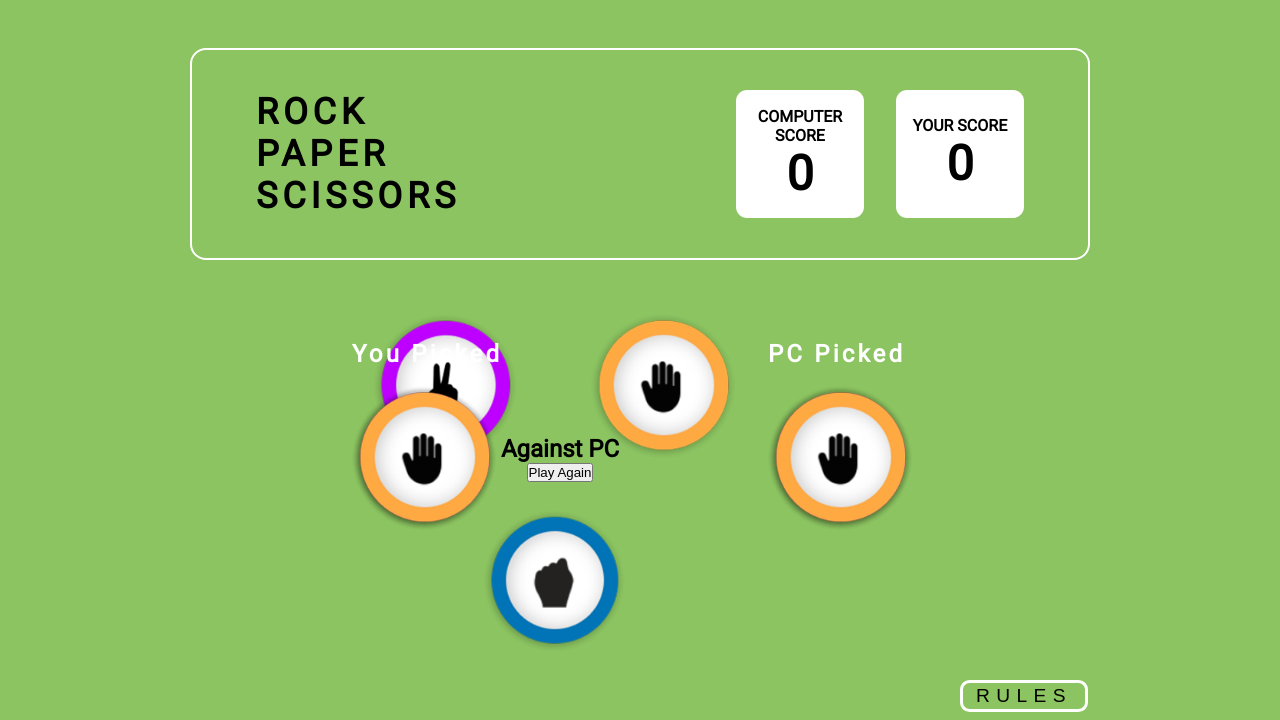
Repository: drumsmanku/Major-module-project-1
Page: index.html
An editor plug-in stored every save of this project. The page is shown before and after the next save, followed by the edit.
The browser window is 1280 px wide. The pictures show the whole page.

Above is the page before, as saved 2023-04-30 11:07:30.

### index.html
<!DOCTYPE html>
<html lang="en">
<head>
  <meta charset="UTF-8">
  <meta http-equiv="X-UA-Compatible" content="IE=edge">
  <meta name="viewport" content="width=device-width, initial-scale=1.0">
  <link rel="stylesheet" href="styles.css">
  <title>Module Project 1 </title>
</head>
<body>
  <div class="main-container">
    <div class="first-container">
      <div class="text">
        <h1>ROCK PAPER SCISSORS</h1>
      </div>
      <div class="two-boxes">
        <div class="computer-score">
          <h4>COMPUTER SCORE</h4>
          <h1>0</h1>
        </div>
        <div class="your-score">
          <h4>YOUR SCORE</h4>
          <h1>0</h1>
        </div>
      </div>

    </div>

    <div class="second-main-container">
      <div class="second-main-main-first-container ">
        <div class="second-first-main-container">
          <div class="two-buttons">
            <button class="btn-2"><img src="2.png" alt=""></button>
            <button class="btn-3"><img src="3.png" alt=""></button>
          </div>
          <button class="btn-1"> <img src="1.png" alt=""></button>
        </div>
        <div class="second-second-main-container">
          <div class="img-container">
            <img id="rules-img" src="4.png" alt="">
            <button id="my-btn">
              <p>X</p><img src="x.png" alt="">
            </button>
          </div>
        </div>

      </div>
       <div class="second-main-main-second-conainer">
        <div class="cont">
          <div class="images-div">
            <p>You Picked</p>
            <img src="1.png" alt="">
            <img src="2.png" alt="">
            <img src="3.png" alt="">
          </div>
          <div class="who-won">
            <p class="won"></p>
            <p class="against">Against PC</p>
            <button class="play-again">Play Again</button>
          </div>
          <div class="images-div-for-pc">
            <p>PC Picked</p>
            <img src="1.png" alt="">
            <img src="2.png" alt="">
            <img src="3.png" alt="">
          </div>
        </div>


       </div>
    </div>
    <div class="bottom-btn"><button id="rule-btn">RULES</button></div>

  </div>

  <script src="script.js"></script>
</body>
</html>

### styles.css
@import url('https://fonts.googleapis.com/css2?family=Roboto&display=swap');

*{
  padding: 0;
  margin: 0;
}

body{
  background-color: #8CC461;
}
.main-container{
  display: flex;
  flex-direction: column;
  align-items: center;
}
.first-container{
  height: 5rem;
  width: 60vw;
  border: 2px solid white;
  background: none;
  border-radius: 1rem;
  padding: 4rem;
  display: flex;
  flex-direction: row;
  align-items: center;
  justify-content: space-between;
  margin-top: 3rem;
}
.text{
  height: inherit;
  width: 20%;
  display: flex;
  flex-wrap: wrap;
  flex-direction: column;
  font-family: 'Roboto';
  letter-spacing: 0.3rem;
  font-size: large;
  justify-content: center;
  align-items: center;
}

.computer-score{
  display: flex;
  flex-direction: column;
  height: 8rem;
  width: 8rem;
  flex-wrap: wrap;
  font-family: 'Roboto';
  justify-content: center;
  align-items: center;
  background-color: white;
  text-align: center;
  border-radius: 0.7rem;
}
.computer-score>h1{
  font-weight: 800;
  font-size: 3rem;
}
.your-score{
  display: flex;
  flex-direction: column;
  height: 8rem;
  width: 8rem;
  flex-wrap: wrap;
  font-family: 'Roboto';
  justify-content: center;
  align-items: center;
  background-color: white;
  text-align: center;
  border-radius: 0.7rem;
  margin-left: 2rem;
}
.your-score>h1{
  font-weight: 800;
  font-size: 3rem;
}
.two-boxes{
  display: flex;
  flex-direction: row;
  justify-content: space-between;
}
.second-main-container{
  position: relative;
  width: 100vw;
}
.second-main-main-first-container{
  display: flex;
  flex-direction: row;
  justify-content: flex-end;
  width: 100vw;

}
.hide{
  display: none;
}
.second-first-main-container{
  display: flex;
  flex-direction: column;
  justify-content: flex-end;
  align-items: center;
  height: 55vh;
  width: 40vw;
}
.two-buttons{
  width: inherit;
  display: flex;
  flex-direction: row;
  justify-content: space-evenly;
  margin-bottom: 3rem;
}
.btn-1{
  background: none;
  border:none;
  cursor: pointer;
}
.btn-2{
  background: none;
  border:none;
  cursor: pointer;
}
.btn-3{
  background: none;
  border:none;
  cursor: pointer;
}
.second-first-main-container img{
  width: 9rem;
}

.second-second-main-container{
  display: flex;
  align-items: flex-end;
  margin-right: 12rem;
}
.second-second-main-container .img-container button{
  background: none;
  border: none;
  cursor: pointer;
  z-index: 999;
  position: absolute;
  top: -10%;
  left: 90%;
  bottom: 21rem;
  text-align: center;
  font-size:3.2rem;
  font-weight: bolder;
}
.second-second-main-container .img-container button>p{
  position: absolute;
  margin-left: 0.9rem;

  color: aliceblue;
  font-family: 'Roboto';
}
.img-container{
  position: relative;
  display: inline-block;
}
#rules-img, #my-btn{
  transform: scale(0);
}
#rules-img.appear{
  animation: open 0.4s ease-in-out forwards;
  transform-origin: top right;
}
#my-btn.appear{
  animation: open 0.1s ease-in-out 0.3s forwards;

}
#rules-img.disappear{
  animation: close 0.4s ease-in-out forwards;
  transform-origin: top right;
}
#my-btn.disappear{
  animation:close 0.1s ease-in-out 0.3s forwards;
}
@keyframes open{
  from{
    transform: scale(0);
  }
  to{
    transform: scale(1);
  }
}
@keyframes close{
  from{
    transform: scale(1);
  }
  to{
    transform: scale(0);
  }
}

#rule-btn{
  background: none;
  border: 3px solid white;
  border-radius: 0.6rem;
  height: 2rem;
  width: 8rem;
  font-size:1.2rem;
  letter-spacing: 0.4rem;
  cursor: pointer;
}
.bottom-btn{
  width: 100vw;
  display: flex;
  justify-content: flex-end;
  margin-top: 1.5rem;

}
.bottom-btn button{
  margin-right: 12rem;
}

.images-div{
  position: relative;
  display: flex;
  justify-content: center;
  align-items: center;
  height: 55vh;
  flex-direction: column;
  /* width: 100vw; */
}
.images-div img{
  position: absolute;
  left: 30%;
  width: 9rem;

}
.images-div p{
  position: absolute;
  left: 30%;
  top: 5rem;
  letter-spacing: 0.2rem;
  color: white;
  font-size: x-large;
  font-weight: bold;
  font-family: 'Roboto';
  width: 10rem;
}
.images-div-for-pc{
  position: relative;
  display: flex;
  justify-content: center;
  align-items: center;
  height: 55vh;
  flex-direction: column;
}
.images-div-for-pc img{
  position: absolute;
  left: 60%;
  width: 9rem;
}
.images-div-for-pc p{
  position: absolute;
  left: 60%;
  top: 5rem;
  letter-spacing: 0.2rem;
  color: white;
  font-size: x-large;
  font-weight: bold;
  font-family: 'Roboto';
  width: 9rem;
}
.second-main-main-second-conainer{
  position: absolute;
  top: 0;
  width: inherit;
  display: flex;
  flex-direction: row;
  justify-content: center;
  align-items: center;
}
.cont{
  display: flex;
  flex-direction: row;
  height: inherit;
  width: 50%;
  justify-content: space-evenly;
  align-items: center;
  margin-left: -10rem;
}
.against{
  font-size: x-large;
  columns: white;
  font-weight: bold;
  font-family: 'roboto';
}
.who-won{
  display: flex;
  flex-direction: column;
  align-items: center;
  justify-content: center;
  width: 30%;
}

### script.js
const myimg=document.querySelector("#rules-img");
const closebtn=document.querySelector("#my-btn");
const ruleOpen=document.querySelector("#rule-btn");

ruleOpen.addEventListener("click", ()=>{
  myimg.classList.add("appear");
  closebtn.classList.add("appear");
  myimg.classList.remove("disappear");
  closebtn.classList.remove("disappear");
});
closebtn.addEventListener("click", ()=>{
  myimg.classList.add("disappear");
  closebtn.classList.add("disappear");
  myimg.classList.remove("appear");
  closebtn.classList.remove("appear");
});

After the next save:
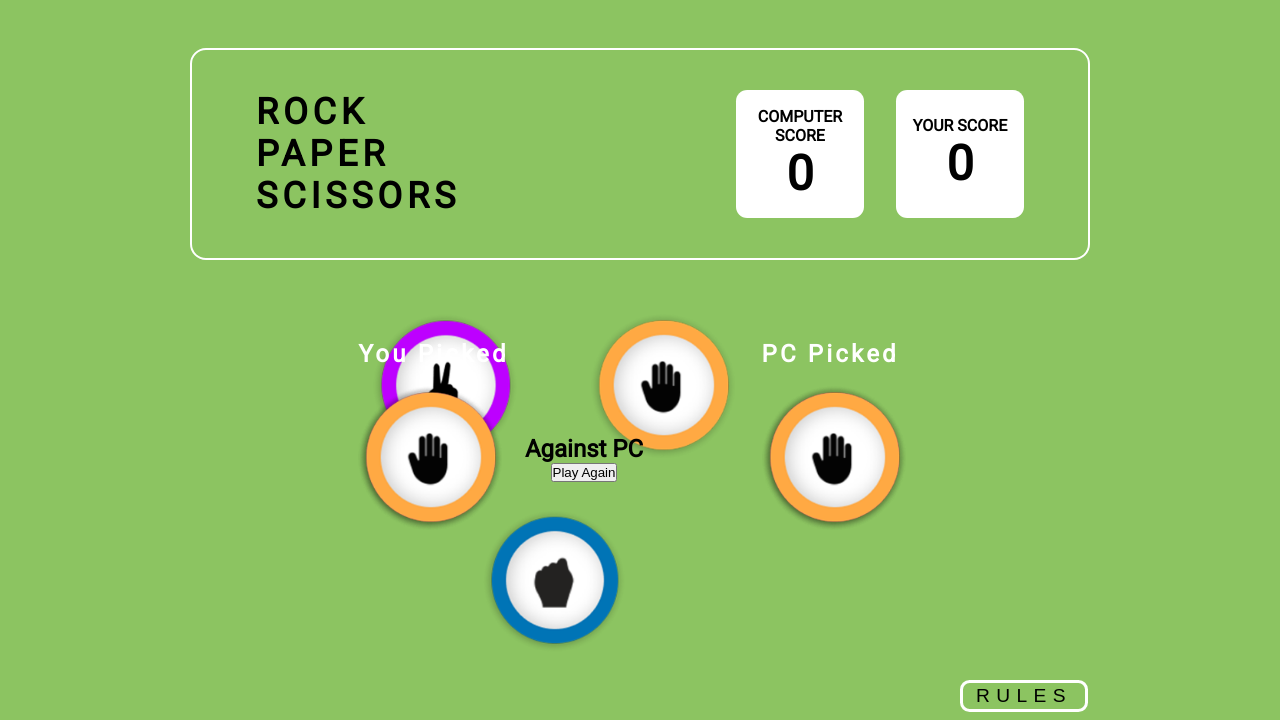
Saved 15 s later.
--- a/styles.css
+++ b/styles.css
@@ -291,5 +291,5 @@ body{
   flex-direction: column;
   align-items: center;
   justify-content: center;
-  width: 30%;
-}
+  margin-left: 3rem;
+}
